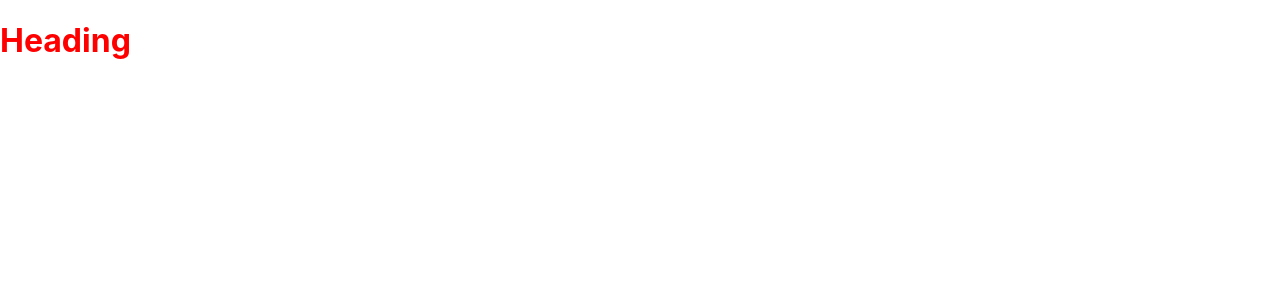
Repository: Nakamurus/nextjs_tutorial
Page: /css-in-js
An editor plug-in stored every save of this project. The page is shown before and after the next save, followed by the edit.
The browser window is 1280 px wide. The pictures show the whole page.
The project was rebuilt for these pictures with package versions that can differ from the ones it lists, and the page was loaded fresh each time. Some packages were replaced by stand-ins written for this rebuild. The framework's server and built-in components were replaced by stand-ins that run in the browser.

Above is the page before, as saved 2020-12-25 12:19:07.

After the next save:
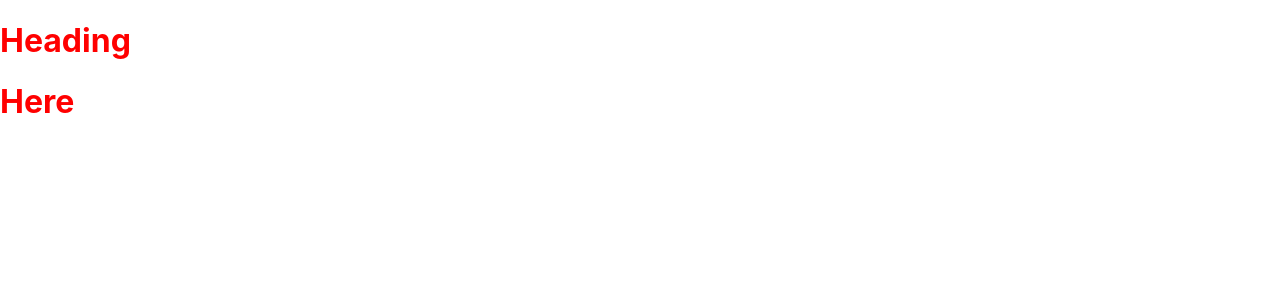
Saved 11 s later.
--- a/pages/css-in-js/index.tsx
+++ b/pages/css-in-js/index.tsx
@@ -15,7 +15,7 @@ export default function Home() {
     return (
         <div>
             <Heading heading="Heading"/>
-            <style jsx></style>
+            <h1>Here</h1>
         </div>
     );
 }
